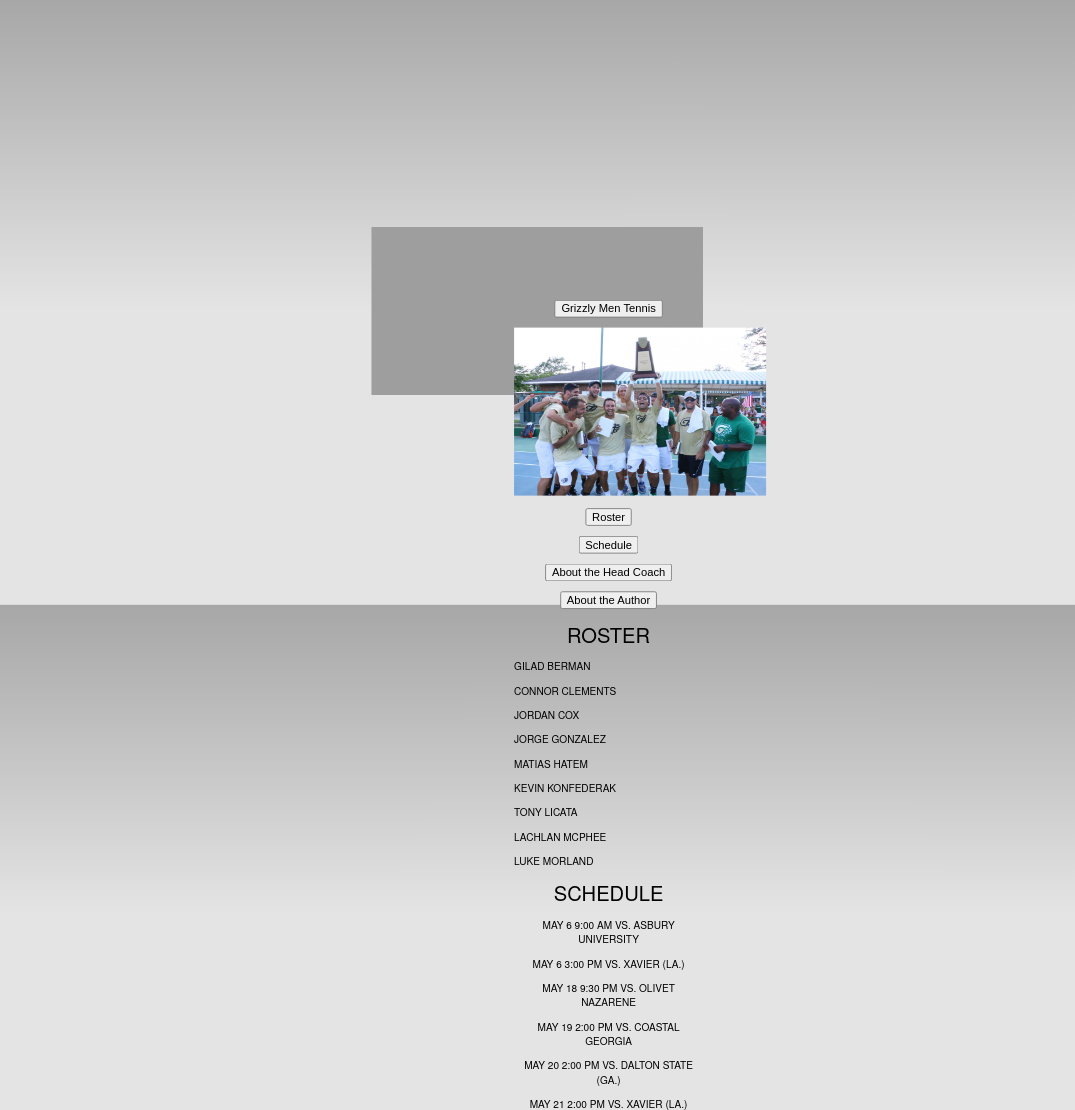
Repository: qtran3/itec4550
Page: EXAM1/TennisAppWebView/index.html
An editor plug-in stored every save of this project. The page is shown before and after the next save, followed by the edit.
The browser window is 1280 px wide. The pictures show the whole page, at 84% of full size.
Pictures or frames that could not be fetched are drawn as grey boxes. Backgrounds fixed to the window are drawn as part of the page.

Above is the page before, as saved 2016-06-01 16:34:01.

After the next save:
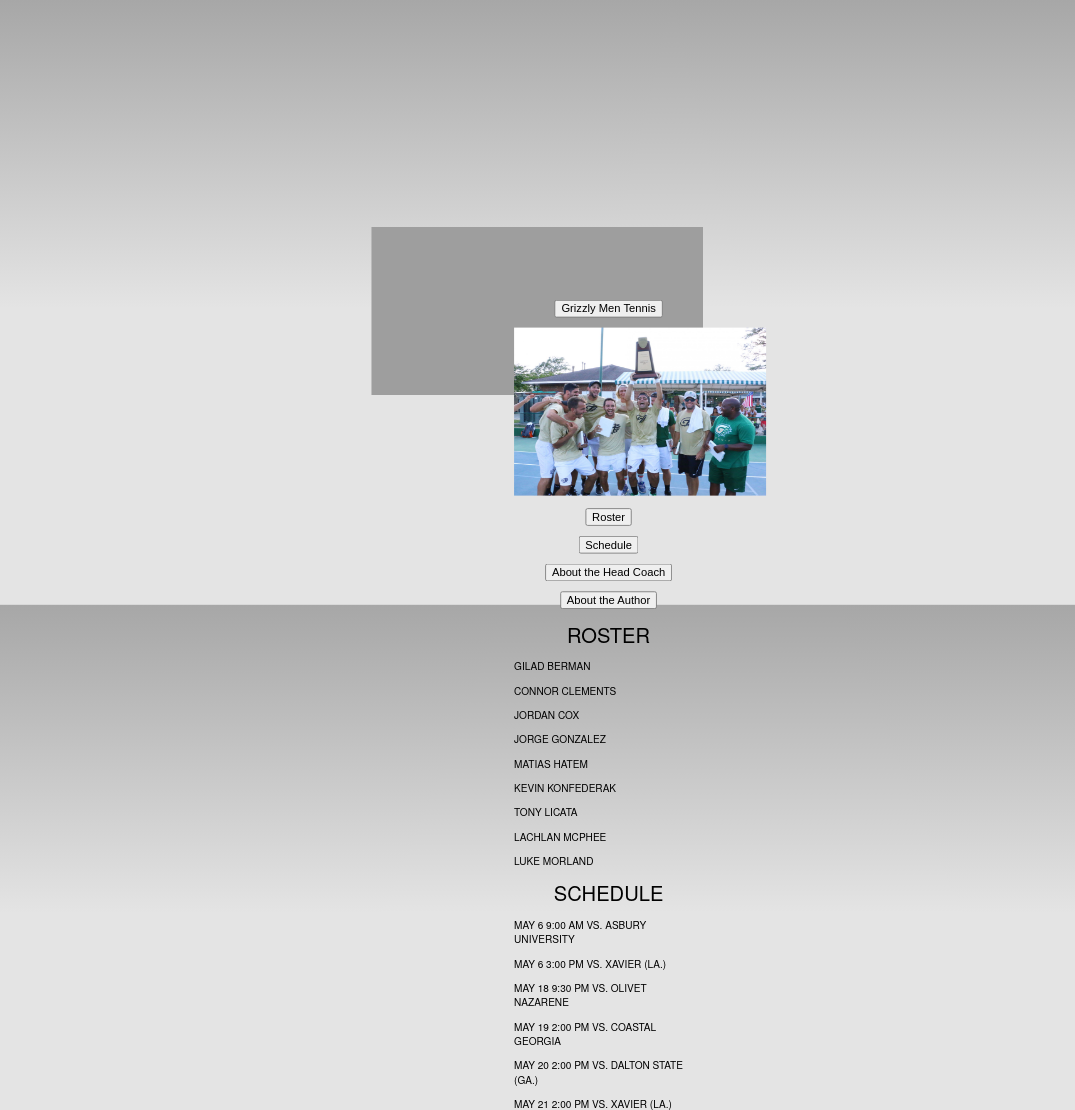
Saved 16 s later.
--- a/EXAM1/TennisAppWebView/index.html
+++ b/EXAM1/TennisAppWebView/index.html
@@ -73,14 +73,13 @@
 				<div id="schedulePage">
 					<h1 align="center"> Schedule</h1>
 					<div align="left">
-
+						<p>May  6 9:00 AM	 vs. Asbury University</p>
+						<p>May  6 3:00 PM	 vs. Xavier (La.)</p>
+						<p>May 18 9:30 PM	 vs. Olivet Nazarene </p>
+						<p>May 19 2:00 PM	 vs. Coastal Georgia</p>
+						<p>May 20 2:00 PM	 vs. Dalton State (Ga.)</p>
+						<p>May 21 2:00 PM	 vs. Xavier (La.)</p>
 					</div>
-					<p>May  6 9:00 AM	 vs. Asbury University</p>
-					<p>May  6 3:00 PM	 vs. Xavier (La.)</p>
-					<p>May 18 9:30 PM	 vs. Olivet Nazarene </p>
-					<p>May 19 2:00 PM	 vs. Coastal Georgia</p>
-					<p>May 20 2:00 PM	 vs. Dalton State (Ga.)</p>
-					<p>May 21 2:00 PM	 vs. Xavier (La.)</p>
 				</div>
 
 
